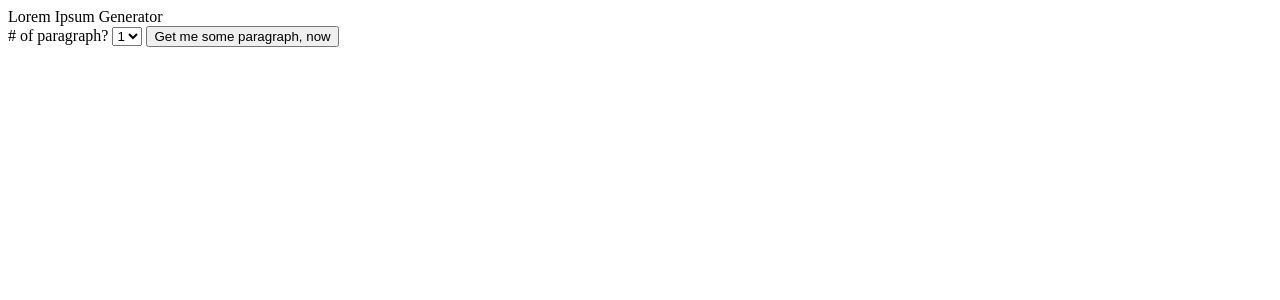
Repository: Lpanglb/COSW30
Page: Lab/Lab3/generator_form.html
The author's editor kept a record of every edit. The page is drawn from the files as they stood at one moment, then again after the next edit.
The browser window is 1280 px wide. The pictures show the whole page.

Above is the page before.

### Lab/Lab3/generator_form.html
<!DOCTYPE html>

<html>
    <head>
        <meta charset = "utf-8";
        <title> Lorem Ipsum Generator</title>
    </head>
    <body>

        <form action ="generator.php" method = "POST">

            <label for = "paragraph"># of paragraph?</label>
            <select id = "paragraph" name ="paragraph">
                <option value="1">1</option>
                <option value="2">2</option>
                <option value="3">3</option>
                <option value="4">4</option>
                <option value="5">5</option>
                <option value="6">6</option>

            </select>
            <button>Get me some paragraph, now</button>
        </form>

    </body>


</html>

After the next edit:
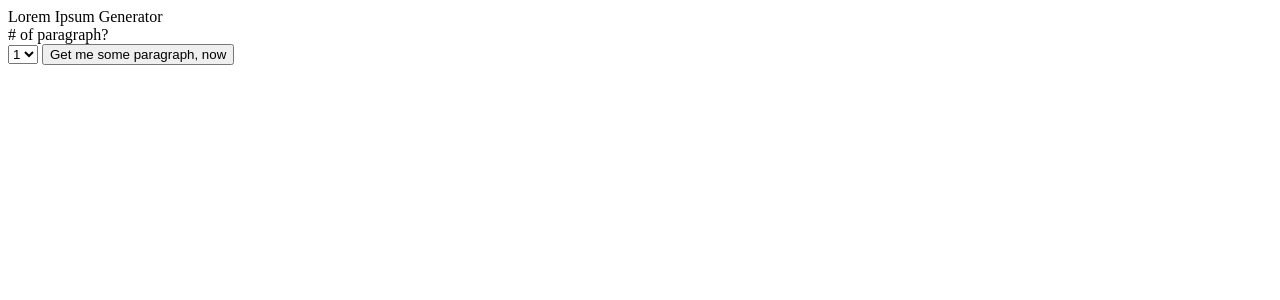
The edit:
--- a/Lab/Lab3/generator_form.html
+++ b/Lab/Lab3/generator_form.html
@@ -9,7 +9,7 @@
 
         <form action ="generator.php" method = "POST">
 
-            <label for = "paragraph"># of paragraph?</label>
+            <label for = "paragraph"># of paragraph?<br></label>
             <select id = "paragraph" name ="paragraph">
                 <option value="1">1</option>
                 <option value="2">2</option>
